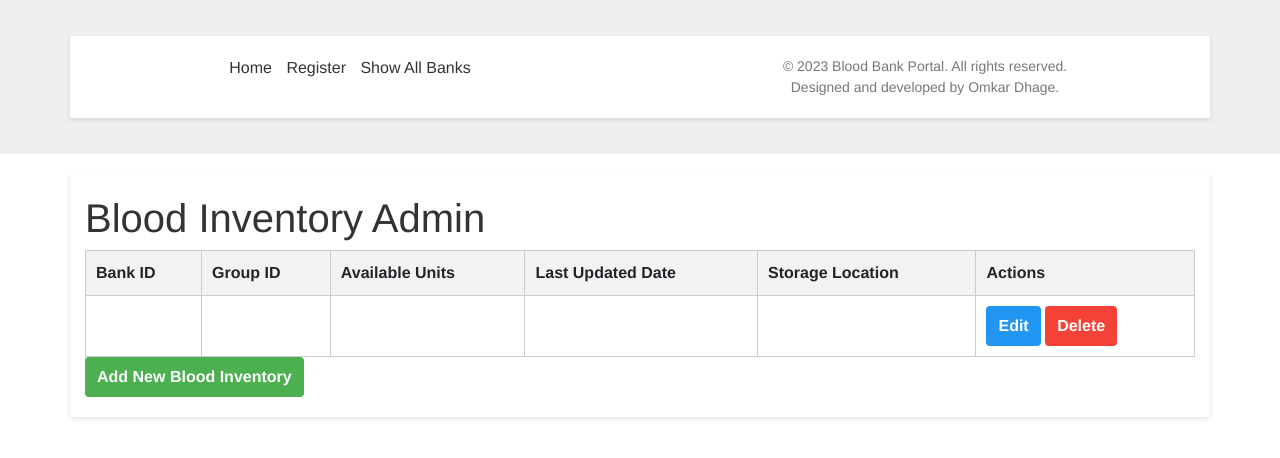
Repository: omi4535/Decentralized_Blood_Bank_System
Page: http://localhost/blood_bank_system/admin_page.jsp
An editor plug-in stored every save of this project. The page is shown before and after the next save, followed by the edit.
The browser window is 1280 px wide. The pictures show the whole page.
Some web libraries are served in a nearby version. The page is served by Tomcat 9. The template is opened directly, without the code that normally fills it, so the values that code supplies are empty.

Above is the page before, as saved 2023-07-05 17:03:38.

After the next save:
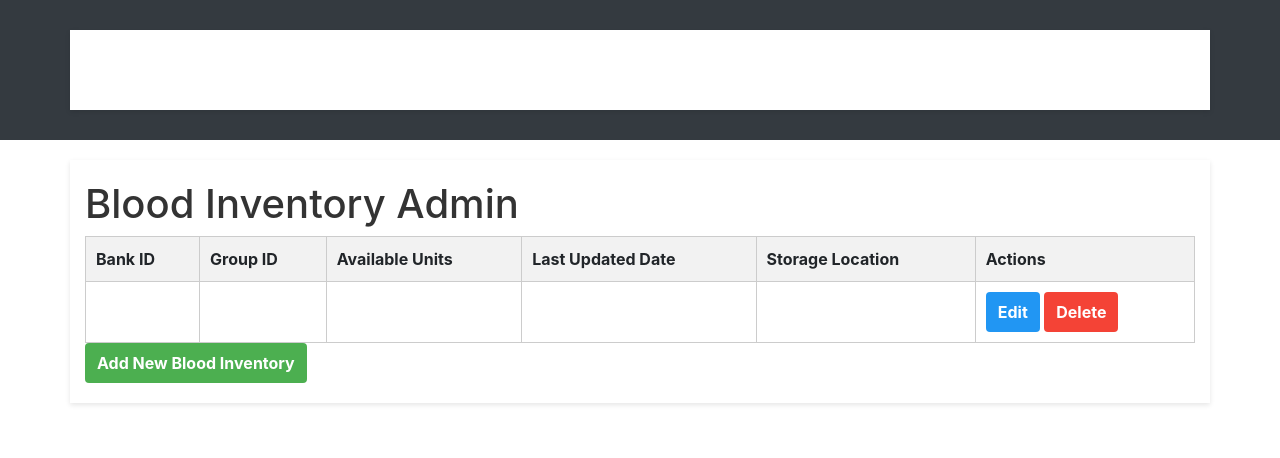
Saved 10 s later.
--- a/blood bank system/src/main/webapp/admin_page.jsp
+++ b/blood bank system/src/main/webapp/admin_page.jsp
@@ -73,7 +73,7 @@
     </style>
 </head>
 <body>
- <%@ include file="footer.jsp"  %>
+ <%@ include file="NavBar.jsp"  %>
 
      <div class="container">
         <h1>Blood Inventory Admin</h1>
